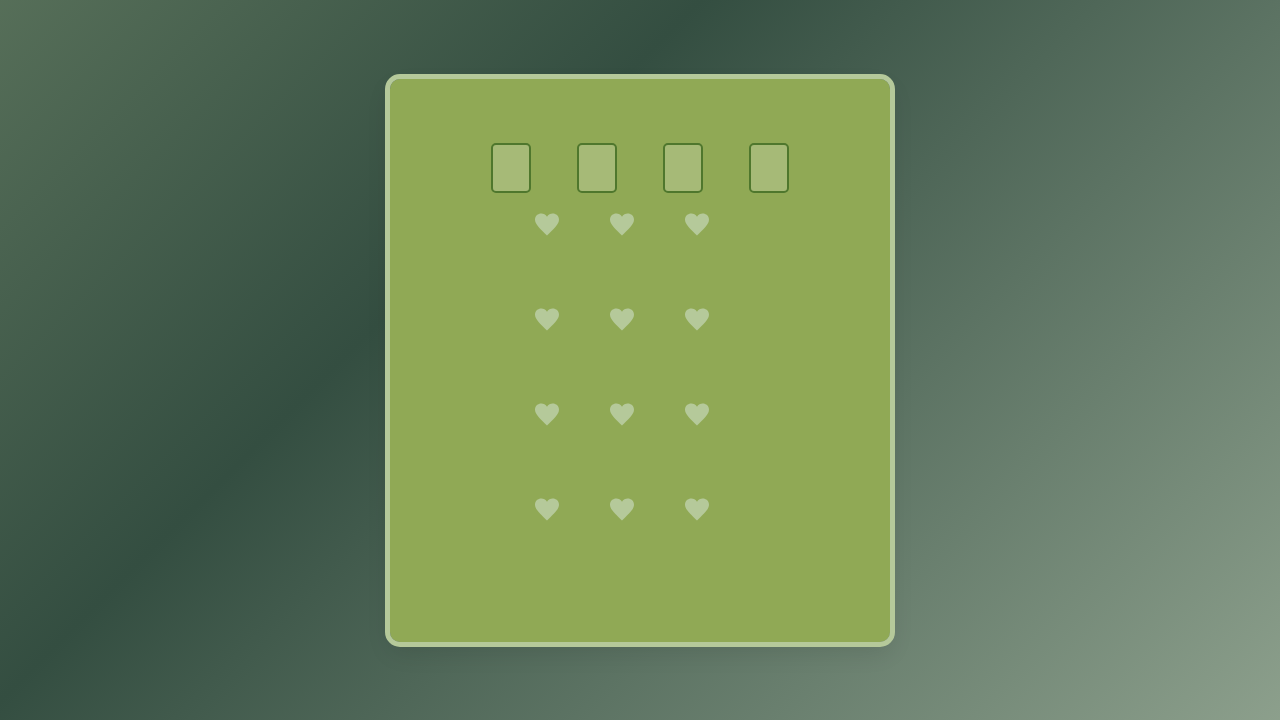
Repository: jahatesu/project-cutie
Page: index.html
These files come from the project's save history. The page is drawn as it stood at one moment and after the next save; the edit follows.
The browser window is 1280 px wide. The pictures show the whole page.
Some web libraries are served in a nearby version.

Above is the page before, as saved 2025-08-14 21:13:50.
Console error: TypeError: Cannot read properties of null (reading 'getBoundingClientRect')

### index.html
<!DOCTYPE html>
<html lang="en">
<head>
    <meta charset="UTF-8"
    meta http-equiv="X-UA-Compatible" content="IE=edge">
    <meta name="viewport" content="width=device-width, initial-scale=1.0">
    <title>idk yet</title>
    <link rel="stylesheet" href="https://cdnjs.cloudflare.com/ajax/libs/font-awesome/7.0.0/css/all.min.css">
    <link rel="stylesheet" href="style.css">
</head>

<body>
    <div class="wrapper">
        <!-- <i class="fa-solid fa-heart"></i>
        <h2 class="question">Do you wanna see why I think you’re the cutest?</h2>
        <div class="btn-group">
            <button class="btn-yes">Yes</button>
            <button class="btn-no">No</button>
        </div> -->

        <!-- PIN DISPLAY -->
         <div class="pin-display">
            <div class="pin-box"></div>
            <div class="pin-box"></div>
            <div class="pin-box"></div>
            <div class="pin-box"></div>
         </div>

         <!-- HEART BUTTONS -->
         <div class="heart-pad">
            <button data-num = "1">1</button>
          <button data-num = "2">2</button>
          <button data-num = "3">3</button>
          <button data-num = "4">4</button>
          <button data-num = "5">5</button>
          <button data-num = "6">6</button>
          <button data-num = "7">7</button>
          <button data-num = "8">8</button>
          <button data-num = "9">9</button>
          <button data-num = "*">*</button>
          <button data-num = "0">0</button>
          <button data-num = "#">#</button>
         </div>
    </div>

    <script src="script.js"></script>


</body>
</html>

### style.css
:root{
    --bg1:#e9f5db;
    --bg2:#90a955;
    --accent:#b5c99a;
    --ink:#232323;
    --splash-duration: 2600ms;
  }

*{
    margin: 0;
    padding: 0;
    box-sizing: border-box;
}

html, body {
    display: flex;
    justify-content: center;
    align-items: center;
    min-height: 100vh;
  width: 100%;
  height:100%;
}

body {
    background: linear-gradient(-45deg, #e9f5db, #344e41, #b5c99a, #23d5ab);
    background-size: 400% 400%;
    animation: gradient 15s ease infinite;
}

@keyframes gradient {
    0% {
        background-position: 0% 50%;
    }
    50% {
        background-position: 100% 50%;
    }
    100% {
        background-position: 0% 50%;
    }
}
.wrapper{
    position: relative;
    width: 90%;
    padding: 5%;
    max-width: 500px;
    margin: 50px 50px;
    height: fit-content;
    /* max-height: 50%; */
    background: #90a955;
    border-radius: 10px;
    display: flex;
    justify-content: center;
    align-items: center;
    box-shadow: 0 10px 25px rgba(0,0,0,0.1);
    flex-direction: column;
    text-align: center;
    outline: 5px solid #b5c99a;
}

.pin-display{
  display: flex;
  justify-content: space-between;
  margin-bottom: 20px;
  width: 80%;
}

.pin-box{
  width: clamp(30px, 9vw, 40px);
  height: clamp(30px, 9vw, 50px);
  border: 2px solid #4f772d;
  border-radius: 5px;
  background: rgba(255,255,255,0.2);
}

.heart-pad{
  display: grid;
  grid-template-columns: repeat(3, 60px);
  gap: 15px;
}

.heart-pad button {
  position: relative;
  width: 80px;
  height: 80px;
  font-size: 1.5rem;
  justify-content: center;
  align-items: center;
  color: white;
  border: none;
  cursor: pointer;
  background: #b5c99a;
  cursor: pointer;
  clip-path: path("M12 4.248c-3.148-5.402-12-3.825-12 2.944 0 4.661 5.571 9.427 12 15.808 6.43-6.381 12-11.147 12-15.808 0-6.792-8.875-8.306-12-2.944z");
}

/* .wrapper i {
  font-size: 50px;
  margin-bottom: 10px;
  color: #e9f5db;
}

i{
    font-size:7.5em;
    color: #e9f5db;
    border: 5px solid transparent;
}

h2{
    font-size: 2em;
    color: #e9f5db;
    margin: 15px 0;
}
@media (max-width: 600px) {
  .h2 {
    font-size: 1.2rem;
  }
}

.btn-group{
    width: 100%;
    height: 40px;
    display: flex;
    justify-content: center;
    margin-top: 15px;
}

button {
    position: absolute;
    width: 150px;
    height: inherit;
    font-size: 1.2em;
    color: #e9f5db;
    font-weight: 600;
    border-radius: 30px;
    border: 2px solid #4f772d;
    cursor: pointer;
    box-shadow: 0 5px 15px rgba(0,0,0,0.3);
}

button:nth-child(1){
    margin-left: -200px;
    background: #4f772d;
    color: #b5c99a;
}

button:nth-child(2){
    margin-right: -200px;
    color: #b5c99a;
}

@media (max-width: 400px) {
  .question {
    font-size: 5vw;
  }
  button {
    font-size: 4vw;
  }
} */

### script.js
const wrapper = document.querySelector(".wrapper");
const question = document.querySelector(".question");
const yesBtn = document.querySelector(".btn-yes");
const noBtn = document.querySelector(".btn-no");

const wrapperRect = wrapper.getBoundingClientRect();
const noBtnRect = noBtn.getBoundingClientRect();


yesBtn.addEventListener('click', () => {
    question.innerHTML = 'I knew it! Love you too <3 ';
})

noBtn.addEventListener('mouseover', () => {
    const i = Math.floor(Math.random() * (wrapperRect.width - noBtnRect.width));
    const j = Math.floor(Math.random() * (wrapperRect.height - noBtnRect.height));
    noBtn.style.left = i + "px";
    noBtn.style.top = j + "px";
})

After the next save:
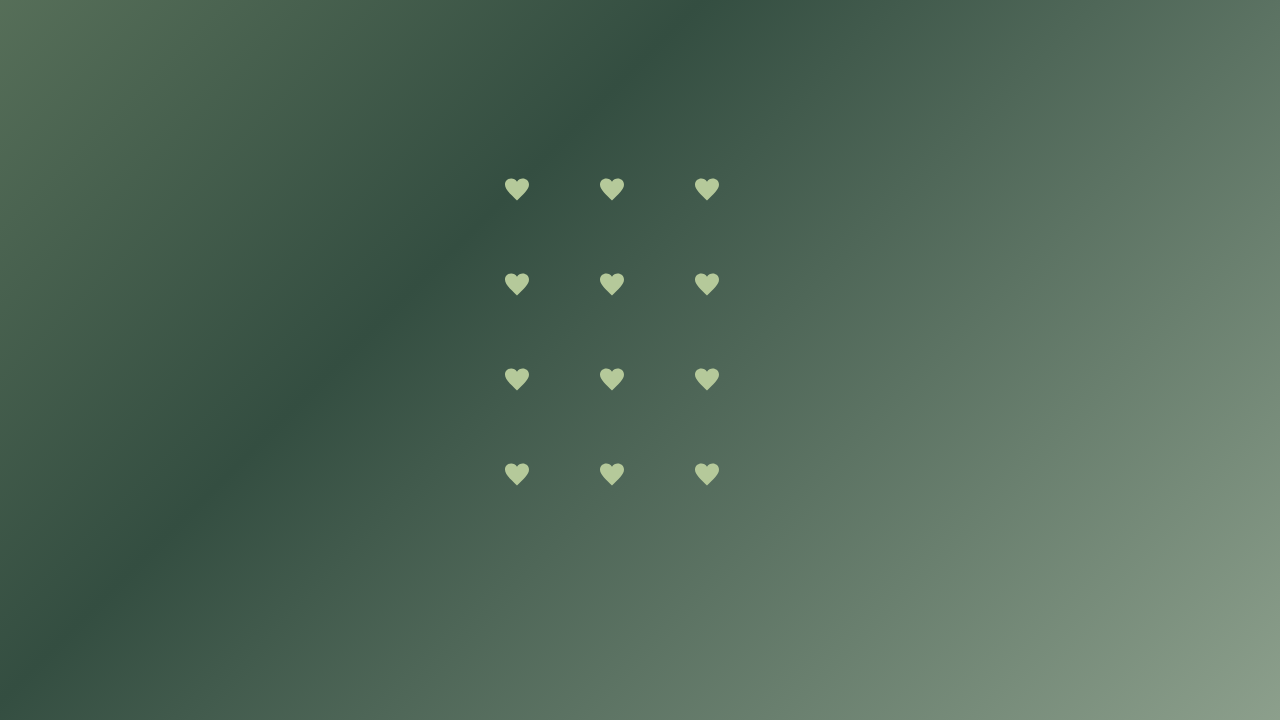
Saved 107 s later.
--- a/style.css
+++ b/style.css
@@ -38,60 +38,35 @@
         background-position: 0% 50%;
     }
 }
-.wrapper{
-    position: relative;
-    width: 90%;
-    padding: 5%;
-    max-width: 500px;
-    margin: 50px 50px;
-    height: fit-content;
-    /* max-height: 50%; */
-    background: #90a955;
-    border-radius: 10px;
-    display: flex;
-    justify-content: center;
-    align-items: center;
-    box-shadow: 0 10px 25px rgba(0,0,0,0.1);
-    flex-direction: column;
-    text-align: center;
-    outline: 5px solid #b5c99a;
-}
-
-.pin-display{
-  display: flex;
-  justify-content: space-between;
-  margin-bottom: 20px;
-  width: 80%;
-}
-
-.pin-box{
-  width: clamp(30px, 9vw, 40px);
-  height: clamp(30px, 9vw, 50px);
-  border: 2px solid #4f772d;
-  border-radius: 5px;
-  background: rgba(255,255,255,0.2);
-}
-
-.heart-pad{
+.heart-pad {
   display: grid;
-  grid-template-columns: repeat(3, 60px);
+  grid-template-columns: repeat(3, 1fr); /* 3 columns evenly spaced */
   gap: 15px;
+  width: 100%;             /* take full width of wrapper */
+  max-width: 300px;        /* optional max width */
+  justify-items: center;    /* center buttons in each grid cell */
+  margin: 0 auto;           /* center grid horizontally */
 }
 
 .heart-pad button {
-  position: relative;
   width: 80px;
   height: 80px;
   font-size: 1.5rem;
+  display: flex;             /* center number inside heart */
   justify-content: center;
   align-items: center;
   color: white;
   border: none;
   cursor: pointer;
   background: #b5c99a;
-  cursor: pointer;
   clip-path: path("M12 4.248c-3.148-5.402-12-3.825-12 2.944 0 4.661 5.571 9.427 12 15.808 6.43-6.381 12-11.147 12-15.808 0-6.792-8.875-8.306-12-2.944z");
+  transition: transform 0.1s ease;
 }
+
+.heart-pad button:active {
+  transform: scale(0.95); /* cute click effect */
+}
+
 
 /* .wrapper i {
   font-size: 50px;

After the save that followed:
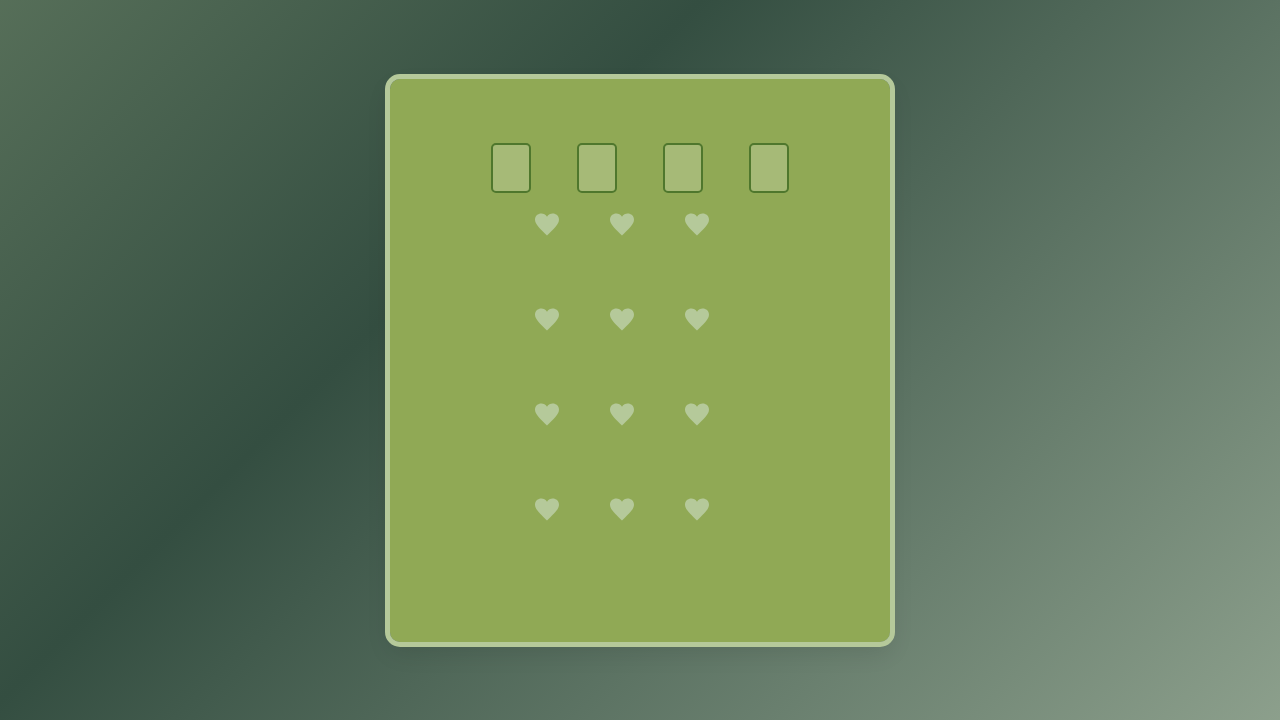
Saved 13 s later.
--- a/style.css
+++ b/style.css
@@ -38,35 +38,60 @@
         background-position: 0% 50%;
     }
 }
-.heart-pad {
+.wrapper{
+    position: relative;
+    width: 90%;
+    padding: 5%;
+    max-width: 500px;
+    margin: 50px 50px;
+    height: fit-content;
+    /* max-height: 50%; */
+    background: #90a955;
+    border-radius: 10px;
+    display: flex;
+    justify-content: center;
+    align-items: center;
+    box-shadow: 0 10px 25px rgba(0,0,0,0.1);
+    flex-direction: column;
+    text-align: center;
+    outline: 5px solid #b5c99a;
+}
+
+.pin-display{
+  display: flex;
+  justify-content: space-between;
+  margin-bottom: 20px;
+  width: 80%;
+}
+
+.pin-box{
+  width: clamp(30px, 9vw, 40px);
+  height: clamp(30px, 9vw, 50px);
+  border: 2px solid #4f772d;
+  border-radius: 5px;
+  background: rgba(255,255,255,0.2);
+}
+
+.heart-pad{
   display: grid;
-  grid-template-columns: repeat(3, 1fr); /* 3 columns evenly spaced */
+  grid-template-columns: repeat(3, 60px);
   gap: 15px;
-  width: 100%;             /* take full width of wrapper */
-  max-width: 300px;        /* optional max width */
-  justify-items: center;    /* center buttons in each grid cell */
-  margin: 0 auto;           /* center grid horizontally */
 }
 
 .heart-pad button {
+  position: relative;
   width: 80px;
   height: 80px;
   font-size: 1.5rem;
-  display: flex;             /* center number inside heart */
   justify-content: center;
   align-items: center;
   color: white;
   border: none;
   cursor: pointer;
   background: #b5c99a;
+  cursor: pointer;
   clip-path: path("M12 4.248c-3.148-5.402-12-3.825-12 2.944 0 4.661 5.571 9.427 12 15.808 6.43-6.381 12-11.147 12-15.808 0-6.792-8.875-8.306-12-2.944z");
-  transition: transform 0.1s ease;
 }
-
-.heart-pad button:active {
-  transform: scale(0.95); /* cute click effect */
-}
-
 
 /* .wrapper i {
   font-size: 50px;
